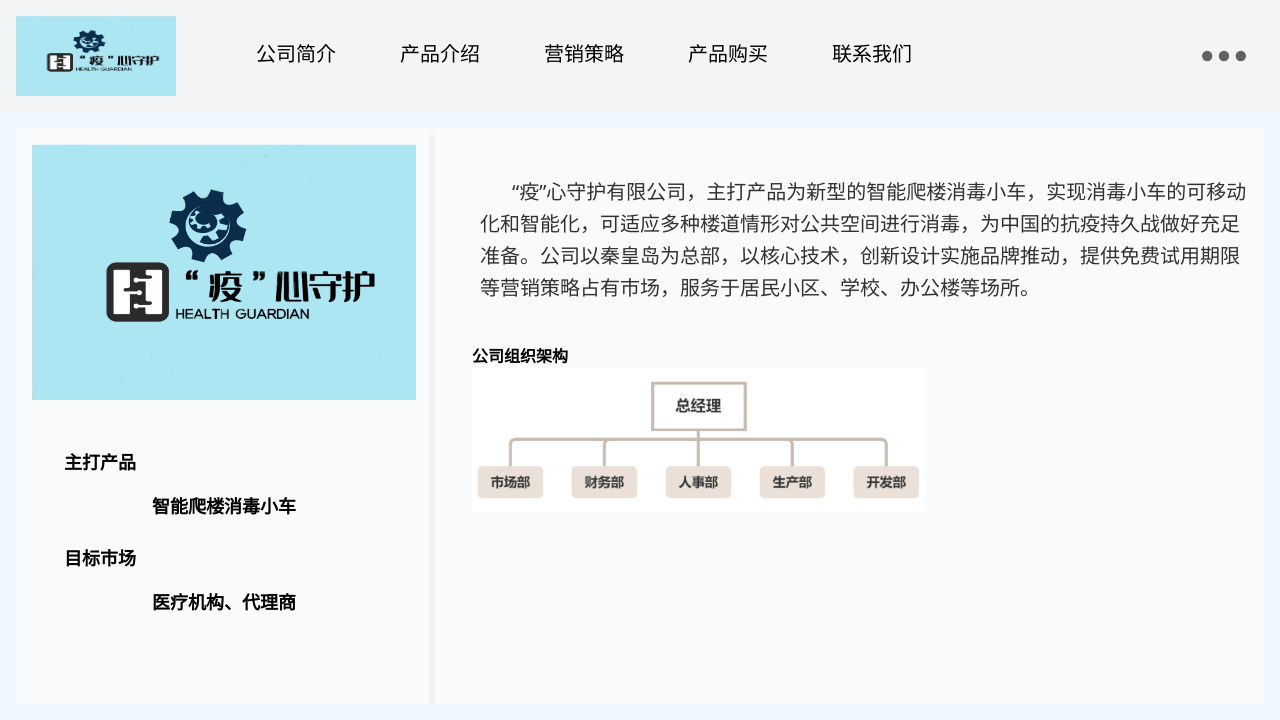
Repository: LiuRuohui/company_introduction
Page: /#/introduction
The author's editor kept a copy of each file at every save. The page is drawn from the files as they stood at one save, then again after the next save.
The browser window is 1280 px wide. The pictures show the whole page.
The project was rebuilt for these pictures with package versions that can differ from the ones it lists, and the page was loaded fresh each time. Also part of the build but not shown: vite.config.js, src/components/product.vue, src/components/purchase.vue, src/components/strategy.vue, src/components/contact.vue.

Above is the page before, as saved 2022-05-12 23:17:53.

### index.html
<!DOCTYPE html>
<html lang="en">
  <head>
    <meta charset="UTF-8" />
    <link rel="icon" href="/favicon.ico" />
    <meta name="viewport" content="width=device-width, initial-scale=1.0" />
    <title>COMPANY_INTRODUCTION</title>
  </head>
  <body>
    <div id="app"></div>
    <script type="module" src="/src/main.js"></script>
  </body>
</html>

### src/main.js
import { createApp } from 'vue'
import "./index.css";
//引入路由器
import router from '../src/router/route.js'

import App from './App.vue'

const app = createApp(App);
app.use(router);
app.mount('#app');

### src/index.css
/* ./src/index.css */

@tailwind base;
@tailwind components;
.inputFrame {
  @apply w-full content-center text-base px-4 py-2 border-b rounded-2xl border-gray-300;
}

.inputFrame:focus {
  @apply outline-none border-indigo-500;
}

.btn {
  @apply w-full flex justify-center bg-gradient-to-r from-indigo-500 to-blue-600 text-gray-100 p-4 rounded-full tracking-wide font-semibold shadow-lg cursor-pointer transition ease-in duration-500;
}

.btn:hover {
  @apply bg-gradient-to-l from-blue-500 to-indigo-600;
}

.label {
  @apply ml-3 text-sm font-bold text-gray-700 tracking-wide;
}

@tailwind utilities;

### src/router/route.js
import { createRouter, createWebHashHistory } from "vue-router";
//引入组件
import Introduction from "../components/introduction.vue"
import Product from "../components/product.vue"
import Purchase from "../components/purchase.vue"
import Strategy from "../components/strategy.vue"
import Contact from "../components/contact.vue"

const route = [
    {
        path:'/introduction',
        component:Introduction
    },
    {
        path:'/product',
        component:Product
    },
    {
        path:'/strategy',
        component:Strategy
    },
    {
        path:'/purchase',
        component:Purchase
    },
    {
        path:'/contact',
        component:Contact
    },
]

// 创建路由对象
const router = createRouter({
    history: createWebHashHistory(),
    routes: route
  });


export default router

### src/App.vue
<script setup>
import MainPage from './components/mainPage.vue';
// This starter template is using Vue 3 <script setup> SFCs
// Check out https://vuejs.org/api/sfc-script-setup.html#script-setup

</script>

<template>
<MainPage class="select-none"></MainPage>
</template>

<style>
	/* Hide scrollbar for Chrome, Safari and Opera */
	.no-scrollbar::-webkit-scrollbar {
		display: none;
	}

	/* Hide scrollbar for IE, Edge and Firefox */
	.no-scrollbar {
		-ms-overflow-style: none; /* IE and Edge */
		scrollbar-width: none; /* Firefox */
	}
</style>

### src/components/introduction.vue
<script setup>
const intro = "“疫”心守护有限公司，主打产品为新型的智能爬楼消毒小车，实现消毒小车的可移动化和智能化，可适应多种楼道情形对公共空间进行消毒，为中国的抗疫持久战做好充足准备。公司以秦皇岛为总部，以核心技术，创新设计实施品牌推动，提供免费试用期限等营销策略占有市场，服务于居民小区、学校、办公楼等场所。"
</script>

<template>
    <div class="w-full m-4 flex flex-row bg-slate-50 overflow-y-auto no-scrollbar">
        <div class="flex h-full w-1/3 shadow-md">
            <div class="m-4 w-full flex flex-col">
                <img src="/src/assets/logo.png" class="h-64" alt="">
                <div class="flex flex-grow my-4">
                    <div class="w-full m-8 flex flex-col text-lg font-sans font-bold">
                        <div class="w-full h-24">
                            主打产品
                            <div class="w-full text-center mt-4">智能爬楼消毒小车</div>
                        </div>
                        <div class="w-full h-24">
                            目标市场
                             <div class="w-full text-center mt-4">医疗机构、代理商</div>
                        </div>
                    </div>
                </div>
            </div>
        </div>
        <div class="flex flex-grow flex-col shadow-md w-2/3">
            <div class="m-4 w-full h-1/4 text-ellipsis">
                <div class="m-8 leading-8 indent-8 opacity-80 hover:opacity-100 hover:cursor-pointer font-sans text-left break-normal text-xl font-medium">{{intro}}</div>
            </div>
            <div class="m-4 w-full flex flex-grow flex-row">
                <div class="m-6 font-bold">
                    公司组织架构
                    <img src="/src/assets/structure.png" alt="公司组织架构图" class="h-36">
                </div>
                <div></div>
            </div>
        </div>
    </div>
</template>

### src/components/mainPage.vue
<script setup></script>

<template>
    <div class="min-h-screen w-full flex flex-col bg-white">
        <div class="w-full h-28 flex flex-row bg-gray-100">
            <div class="h-full flex flex-col">
                <img
                    src="/src/assets/logo.png"
                    alt="公司图标"
                    class="h-20 m-4 w-40"
                />
            </div>
            <div class="flex font-sans text-xl ml-8">
                <router-link
                    active-class="active"
                    to="/introduction"
                    class="px-8 pt-10 hover:cursor-pointer hover:bg-blue-300"
                    >公司简介</router-link
                >
                <router-link
                    active-class="active"
                    to="/product"
                    class="px-8 pt-10 hover:cursor-pointer hover:bg-blue-300"
                    >产品介绍</router-link
                >
                <router-link
                    active-class="active"
                    to="/strategy"
                    class="px-8 pt-10 hover:cursor-pointer hover:bg-blue-300"
                    >营销策略</router-link
                >
                <router-link
                    active-class="active"
                    to="/purchase"
                    class="px-8 pt-10 hover:cursor-pointer hover:bg-blue-300"
                    >产品购买</router-link
                >
                <router-link
                    active-class="active"
                    to="/contact"
                    class="px-8 pt-10 hover:cursor-pointer hover:bg-blue-300"
                    >联系我们</router-link
                >
            </div>
            <div class="flex flex-grow flex-row-reverse">
                <img
                    src="/src/assets/more.svg"
                    alt="更多"
                    class="w-16 h-16 opacity-60 mt-6 mr-6 hover:cursor-pointer"
                />
            </div>
        </div>
        <div class="w-full flex flex-grow bg-blue-50">
            <router-view></router-view>
        </div>
    </div>
</template>

<style></style>

### tailwind.config.js
module.exports = {
  content: [
      "./index.html",
      "./src/**/*.{vue,js,ts,jsx,tsx}",
  ],
  theme: {
      extend: {},
  },
  plugins: [],
}

After the next save:
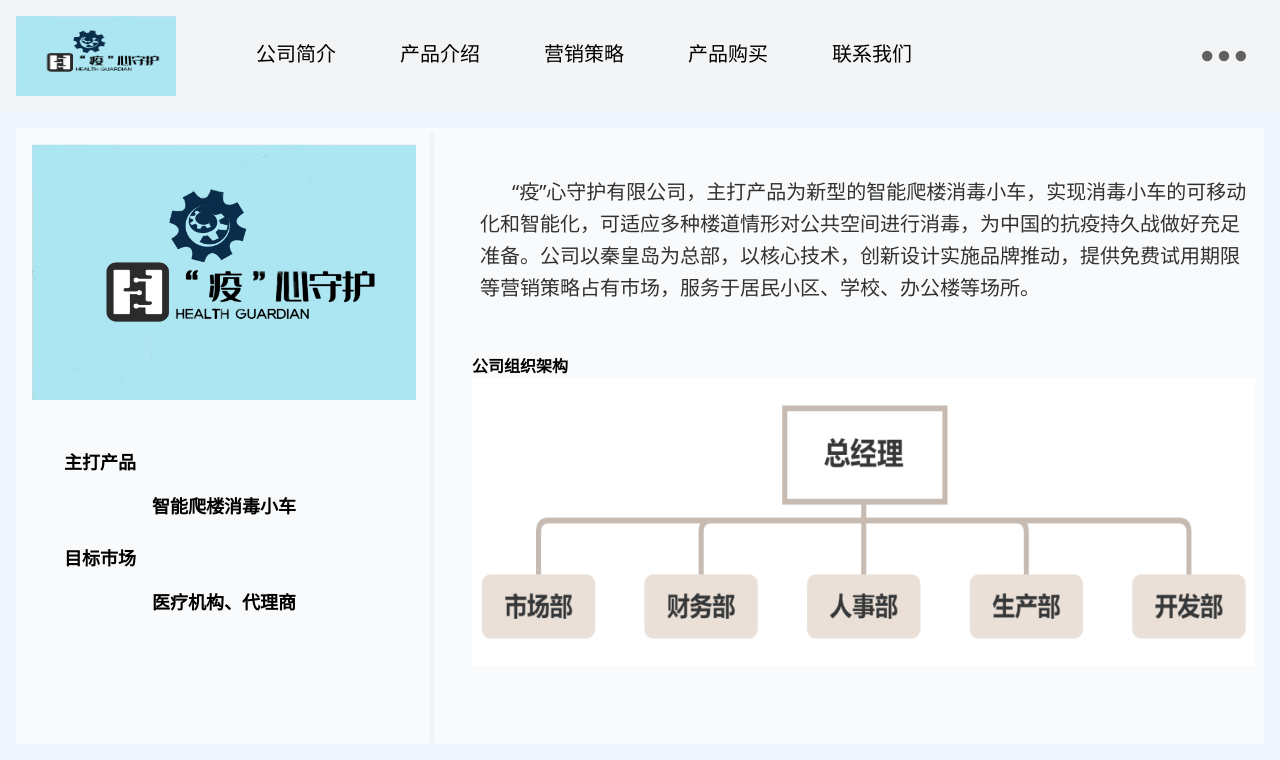
Saved 15 s later.
--- a/src/components/introduction.vue
+++ b/src/components/introduction.vue
@@ -28,7 +28,7 @@
             <div class="m-4 w-full flex flex-grow flex-row">
                 <div class="m-6 font-bold">
                     公司组织架构
-                    <img src="/src/assets/structure.png" alt="公司组织架构图" class="h-36">
+                    <img src="/src/assets/structure.png" alt="公司组织架构图" class="h-72">
                 </div>
                 <div></div>
             </div>
